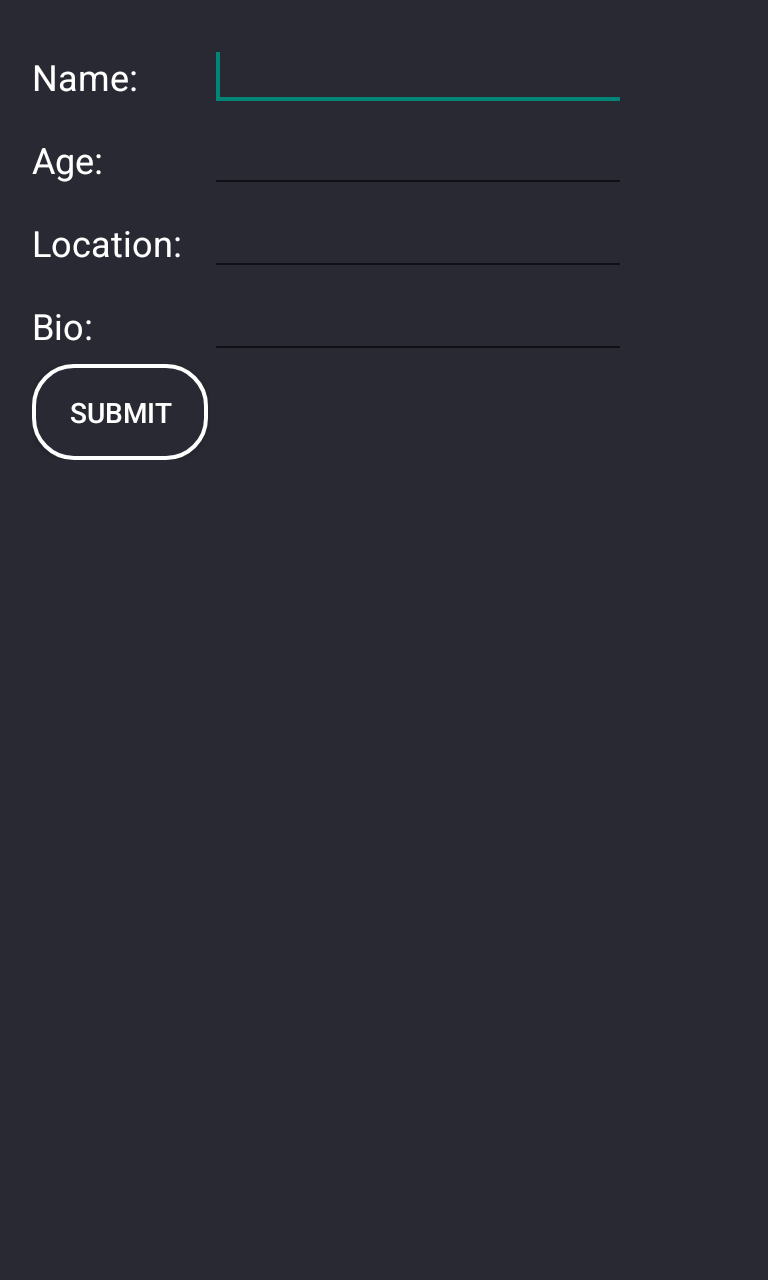
Repository: SageMantis/SeniorProjectGrouple
Layout: client/Grouple/res/layout/activity_edit_profile.xml
These files come from the project's save history. The layout is drawn as it stood at one moment and after the next save; the edit follows.
It is drawn on a 768 x 1280 px phone screen (xhdpi) without system bars, with theme AppBaseTheme; the app's code is not run.

Above is the layout before, as saved 2014-11-05 04:48:18.

After the next save:
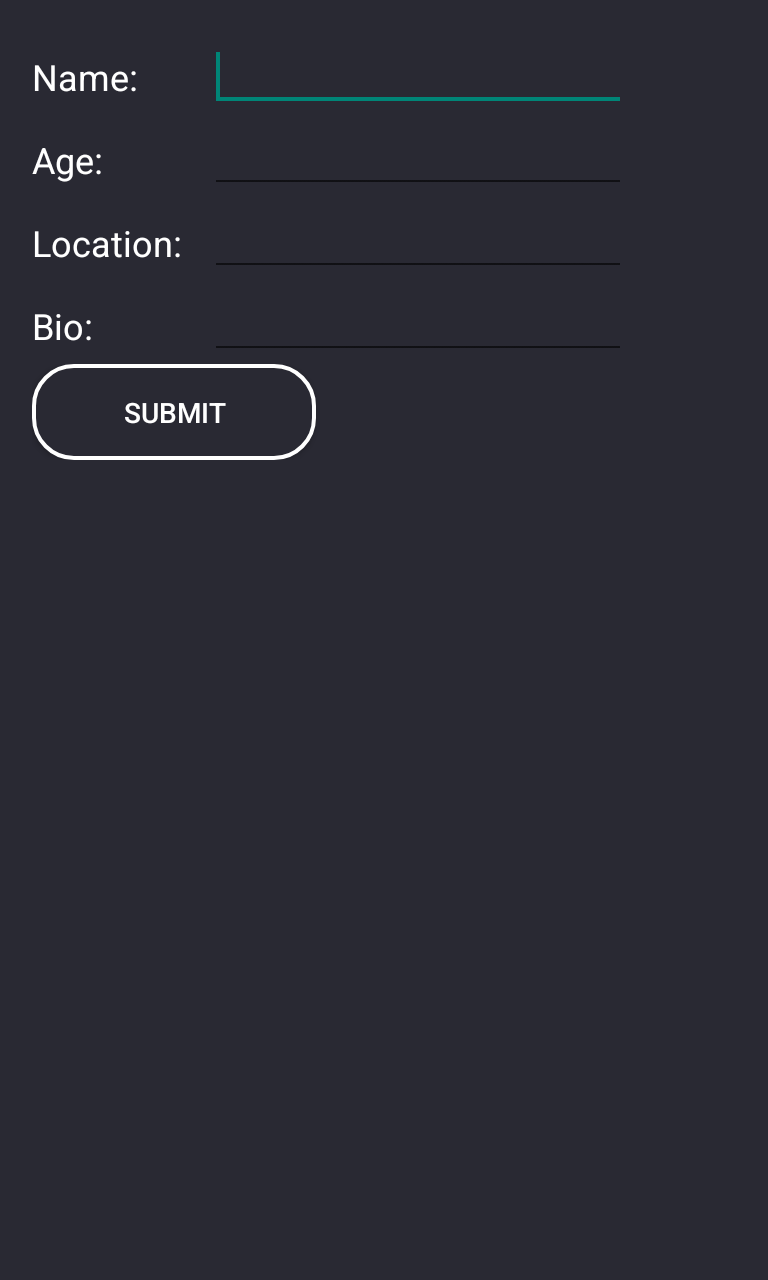
Saved 108 s later.
--- a/client/Grouple/res/layout/activity_edit_profile.xml
+++ b/client/Grouple/res/layout/activity_edit_profile.xml
@@ -114,7 +114,8 @@
             android:background="@drawable/button_border"
             android:onClick="submitButton"
             android:text="Submit"
-            android:textColor="@color/text_color" />
+            android:textColor="@color/text_color"
+            android:layout_weight="1"/>
 
         <TextView
             android:id="@+id/resultTextViewEPA"

After the 2 saves that followed:
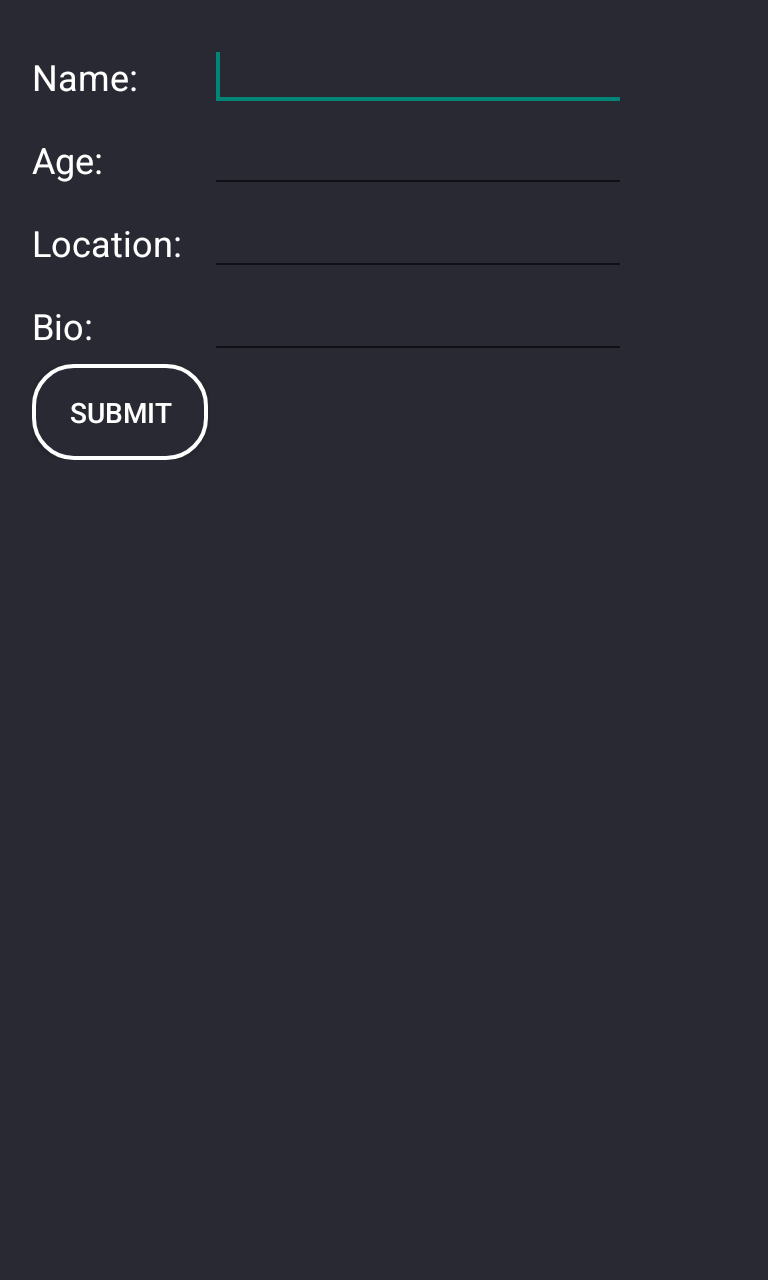
The 2 saves are shown as one change because 1 left the picture as it was.
The last was saved 43 s later.
--- a/client/Grouple/res/layout/activity_edit_profile.xml
+++ b/client/Grouple/res/layout/activity_edit_profile.xml
@@ -114,8 +114,7 @@
             android:background="@drawable/button_border"
             android:onClick="submitButton"
             android:text="Submit"
-            android:textColor="@color/text_color"
-            android:layout_weight="1"/>
+            android:textColor="@color/text_color"/>
 
         <TextView
             android:id="@+id/resultTextViewEPA"
